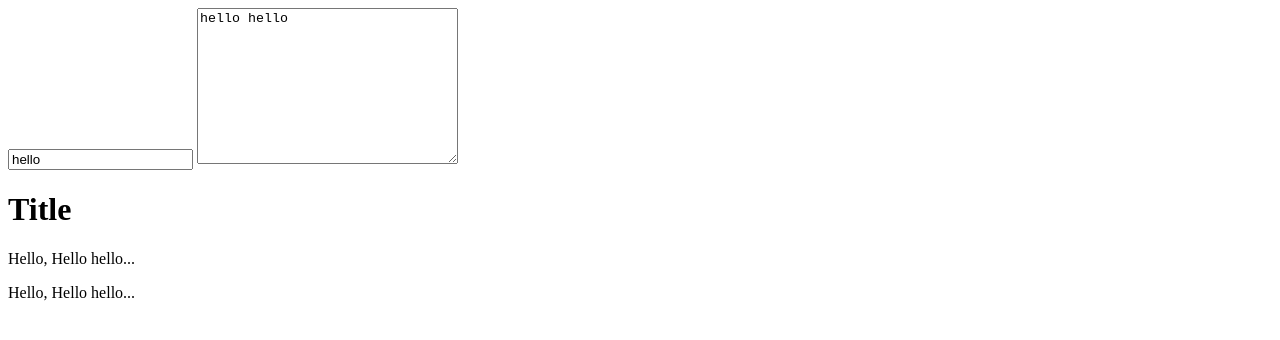
Repository: kojimayu/dotinstall-JavaScript-DOM
Page: index.html
An editor plug-in stored every save of this project. The page is shown before and after the next save, followed by the edit.
The browser window is 1280 px wide. The pictures show the whole page.

Above is the page before, as saved 2019-04-13 16:34:59.

### index.html
<!DOCTYPE html>
<html lang="ja">

<head>
  <meta charset="UTF-8">
  <title>JavaScript</title>

</head>

<body>
  <input type="text" value="hello">
  <textarea name="" id="" cols="30" rows="10">hello hello</textarea>
  <script src="js/main.js"></script>
</body>

</html>

### js/main.js
'use strict'

{
  const h1 =document.createElement('h1');
  h1.textContent ='Title';
  document.body.appendChild(h1);

  const p =document.createElement('p');
  p.textContent ='Hello, Hello hello...';
  document.body.appendChild(p);

  const h2 =document.createElement('h2');
  h2.textContent ='Sub Title';
  document.body.insertBefore(h2, p);

  const copy = p.cloneNode(true);
  document.body.insertBefore(copy, h2);

  document.body.removeChild(h2);
}

After the next save:
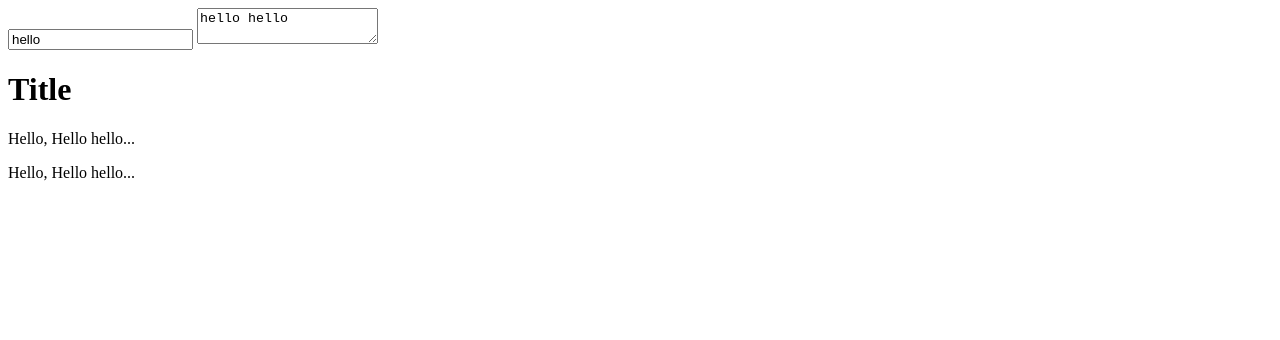
Saved 46 s later.
--- a/index.html
+++ b/index.html
@@ -9,7 +9,7 @@
 
 <body>
   <input type="text" value="hello">
-  <textarea name="" id="" cols="30" rows="10">hello hello</textarea>
+  <textarea>hello hello</textarea>
   <script src="js/main.js"></script>
 </body>
 
